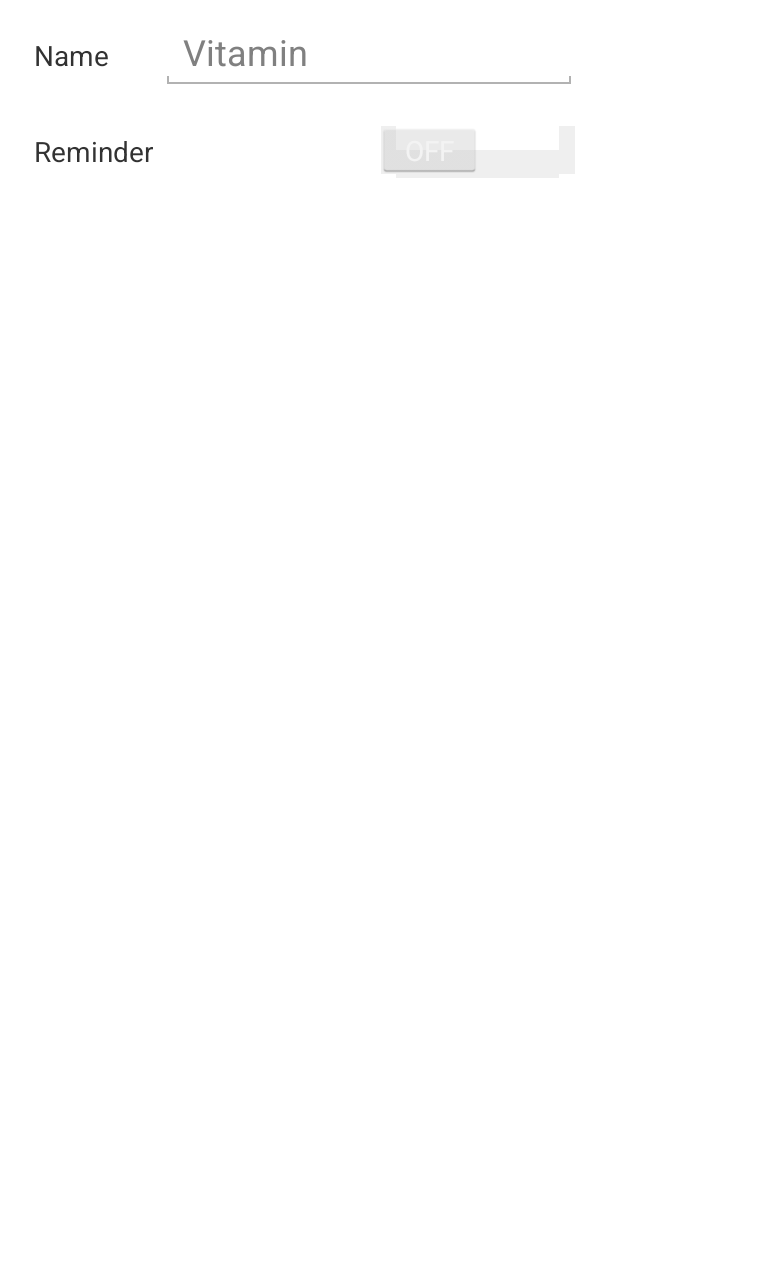
Repository: ranika/pilltracker
Layout: PillTracker/res/layout/fragment_edit_prescription.xml
The author's editor kept a copy of each file at every save. The layout is drawn from the files as they stood at one save, then again after the next save.
It is drawn on a 768 x 1280 px phone screen (xhdpi) without system bars, with theme AppTheme; the app's code is not run.

Above is the layout before, as saved 2014-04-10 05:05:45.

After the next save:
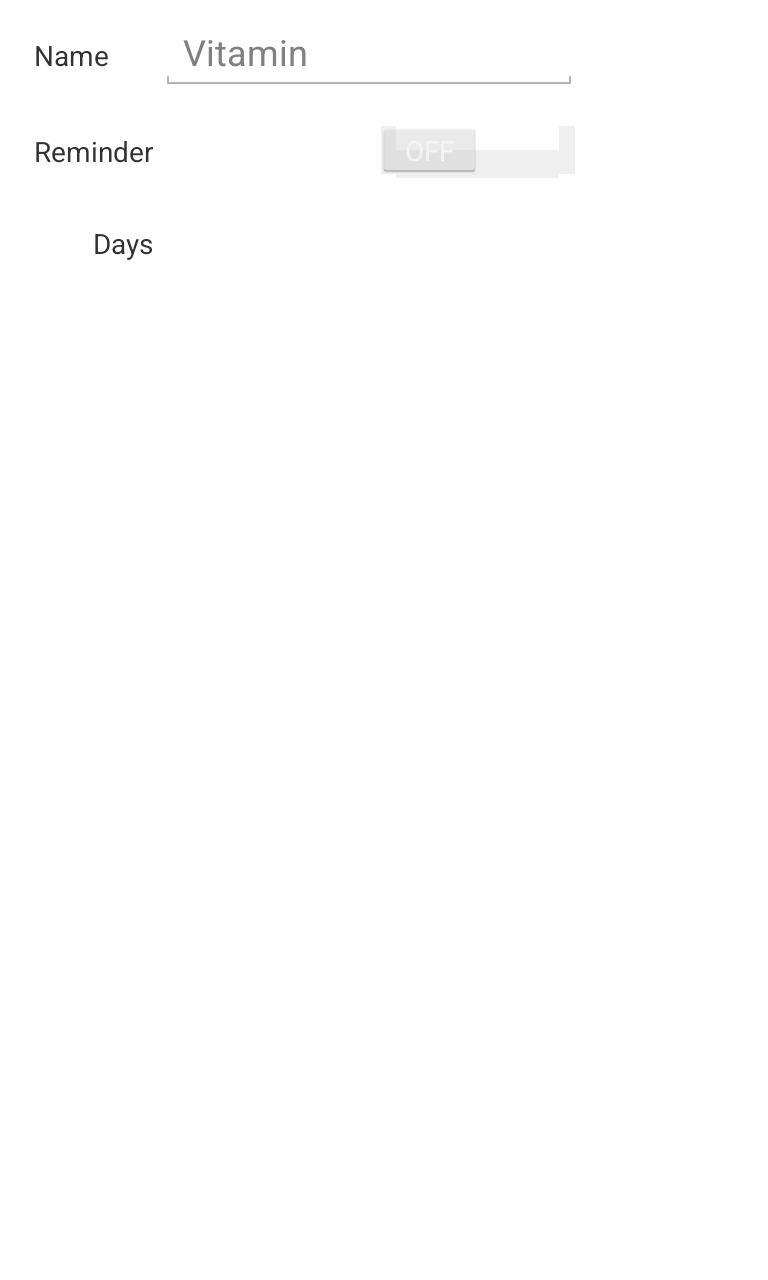
Saved 10 s later.
--- a/PillTracker/res/layout/fragment_edit_prescription.xml
+++ b/PillTracker/res/layout/fragment_edit_prescription.xml
@@ -41,4 +41,13 @@
         android:layout_alignBottom="@+id/textView2"
         android:layout_alignRight="@+id/editText1" />
 
+    <TextView
+        android:id="@+id/textView3"
+        android:layout_width="wrap_content"
+        android:layout_height="wrap_content"
+        android:layout_alignRight="@+id/textView2"
+        android:layout_below="@+id/switch1"
+        android:layout_marginTop="23dp"
+        android:text="@string/days" />
+
 </RelativeLayout>
